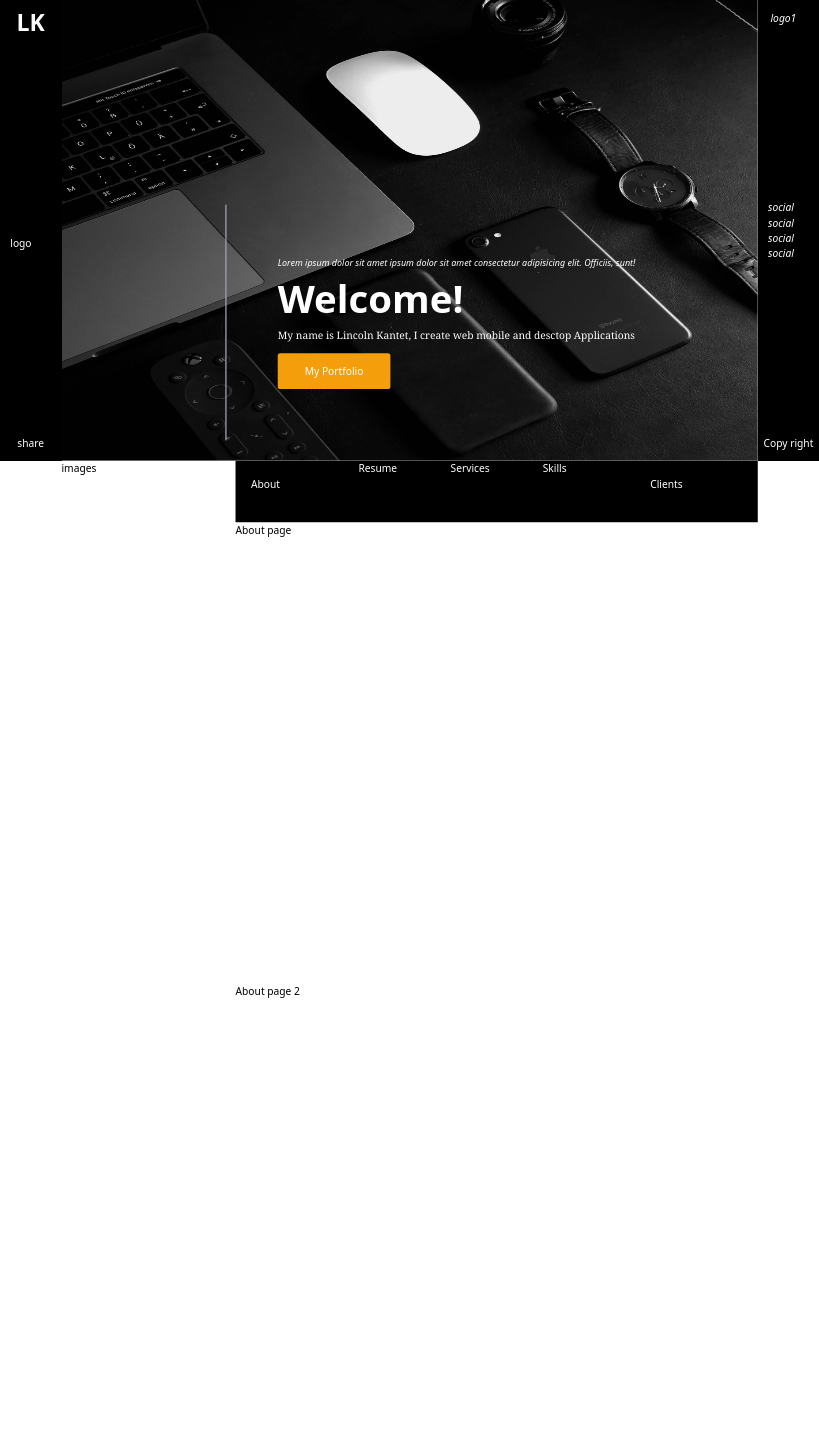
Repository: linco6054/template-tailwindcss
Page: index.html
The author's editor kept a copy of each file at every save. The page is drawn from the files as they stood at one save, then again after a run of saves.
The browser window is 1280 px wide. The pictures show the whole page, at 64% of full size.

Above is the page before, as saved 2021-08-17 17:55:39.

After the next 3 saves:
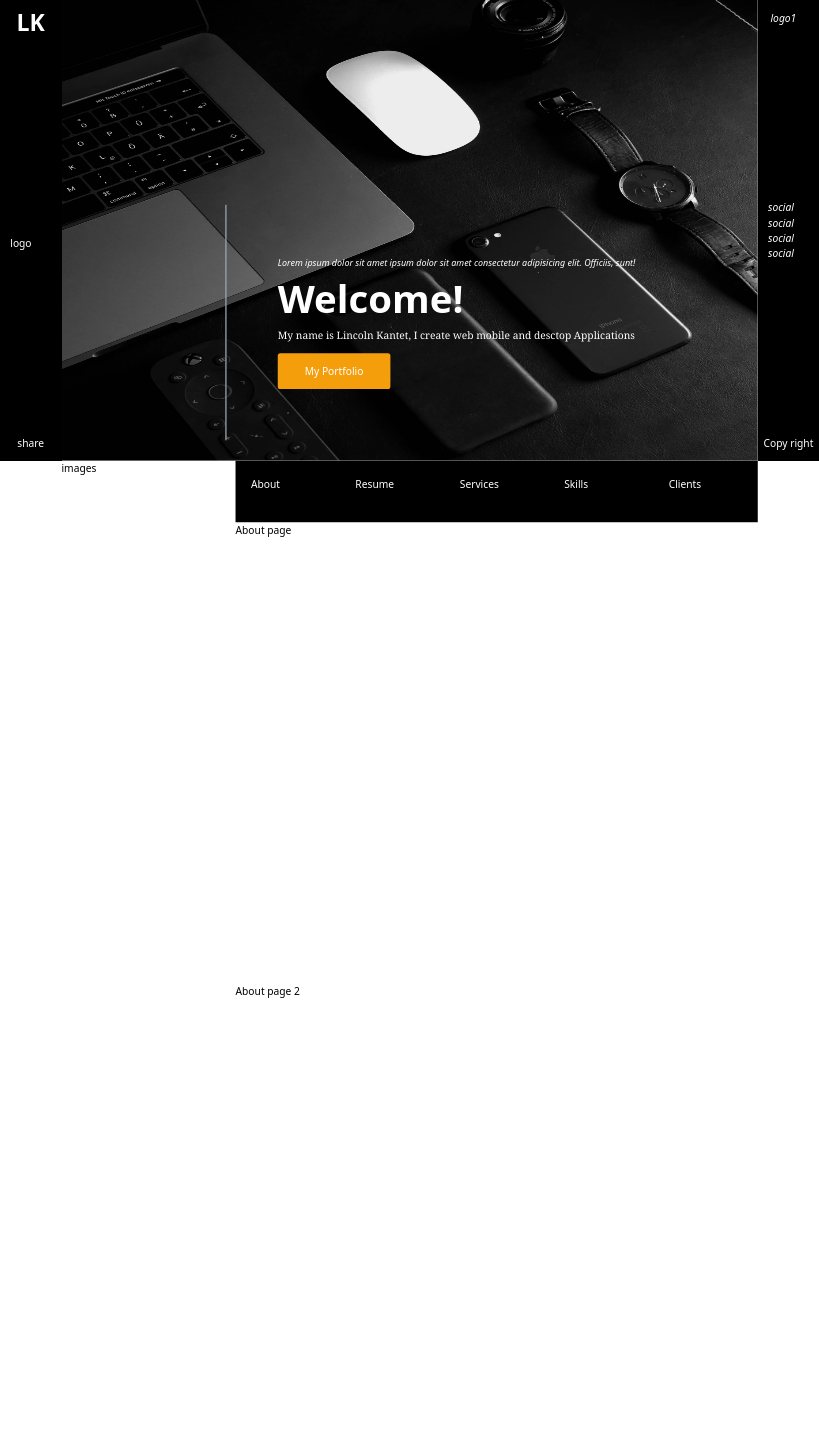
The 3 saves are shown as one change because they came seconds apart.
The last was saved 11 s later.
--- a/index.html
+++ b/index.html
@@ -71,9 +71,9 @@
         <div class="w-full">
           <nav class="text-white sticky top-24 h-24 bg-black w-full flex ">
               <a class="flex-1 h-24  p-6" href="about"> <span>About</span> </a>
-              <a class="flex-1 h-24 " href="about">Resume</a>
-              <a class="flex-1 h-24 " href="about">Services</a>
-              <a class="flex-1 h-24 " href="about">Skills</a>
+              <a class="flex-1 h-24 p-6" href="about">Resume</a>
+              <a class="flex-1 h-24 p-6" href="about">Services</a>
+              <a class="flex-1 h-24 p-6" href="about">Skills</a>
               <a class="flex-1 h-24 p-6" href="about">Clients</a>
           </nav>
           <main>
